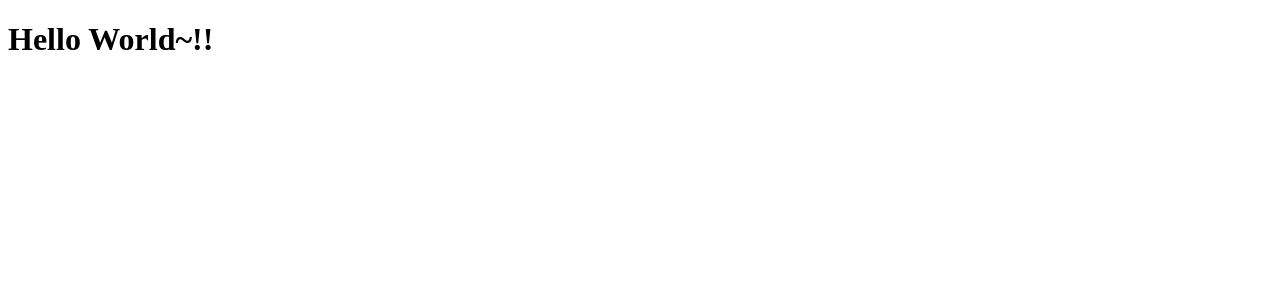
Repository: hwimi/2024-04-12-01
Page: http://localhost/jsp_study/
The author's editor kept a copy of each file at every save. The page is drawn from the files as they stood at one save, then again after the next save.
The browser window is 1280 px wide. The pictures show the whole page.
The page is served by Tomcat 9.

Above is the page before, as saved 2024-04-11 09:08:51.

After the next save:
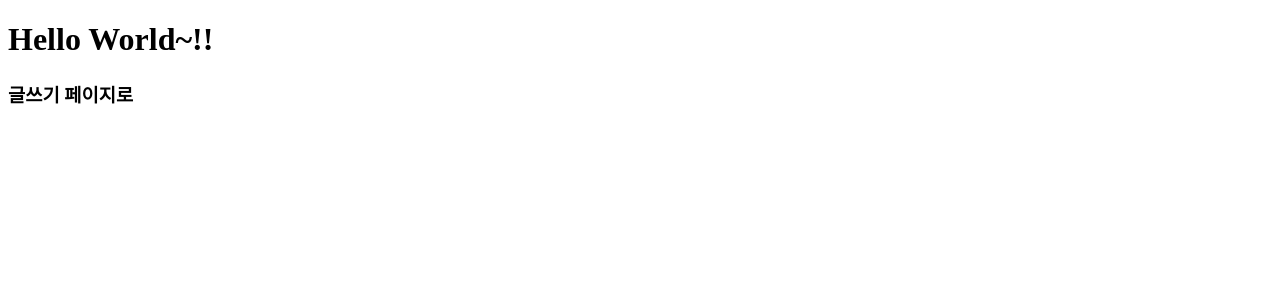
Saved 2 min 27 s later.
--- a/jsp_study/src/main/webapp/index.jsp
+++ b/jsp_study/src/main/webapp/index.jsp
@@ -8,5 +8,6 @@
 </head>
 <body>
 	<h1>Hello World~!!</h1>
+	<h3><a>글쓰기 페이지로</a></h3>
 </body>
 </html>
